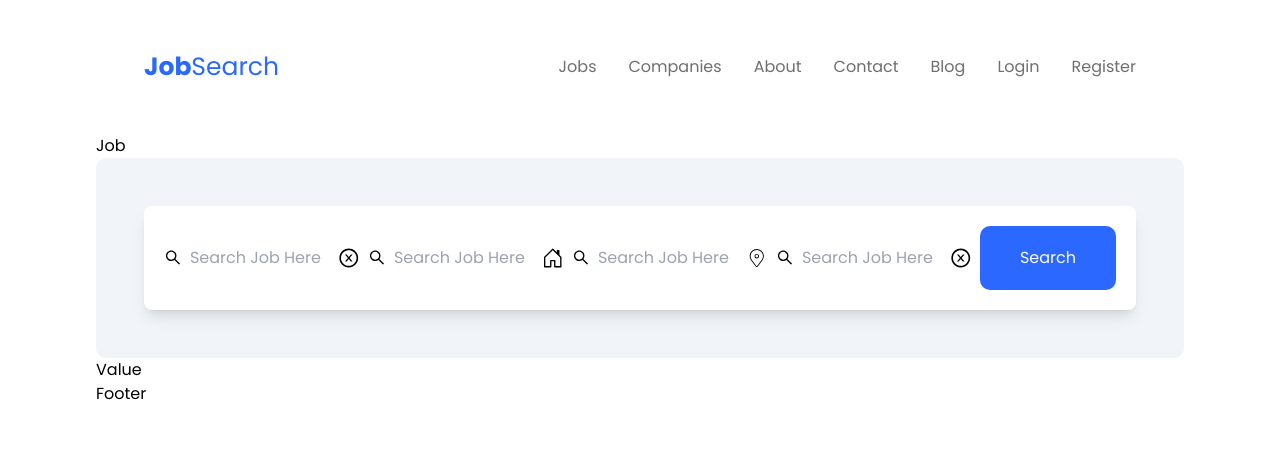
Repository: countaustin1990/Job-Search-website
Page: / (app in vite-project/)
The author's editor kept a copy of each file at every save. The page is drawn from the files as they stood at one save, then again after the next save.
The browser window is 1280 px wide. The pictures show the whole page.
The project was rebuilt for these pictures with package versions that can differ from the ones it lists, and the page was loaded fresh each time. Also part of the build but not shown: vite-project/vite.config.js.

Above is the page before, as saved 2023-08-12 17:38:20.

After the next save:
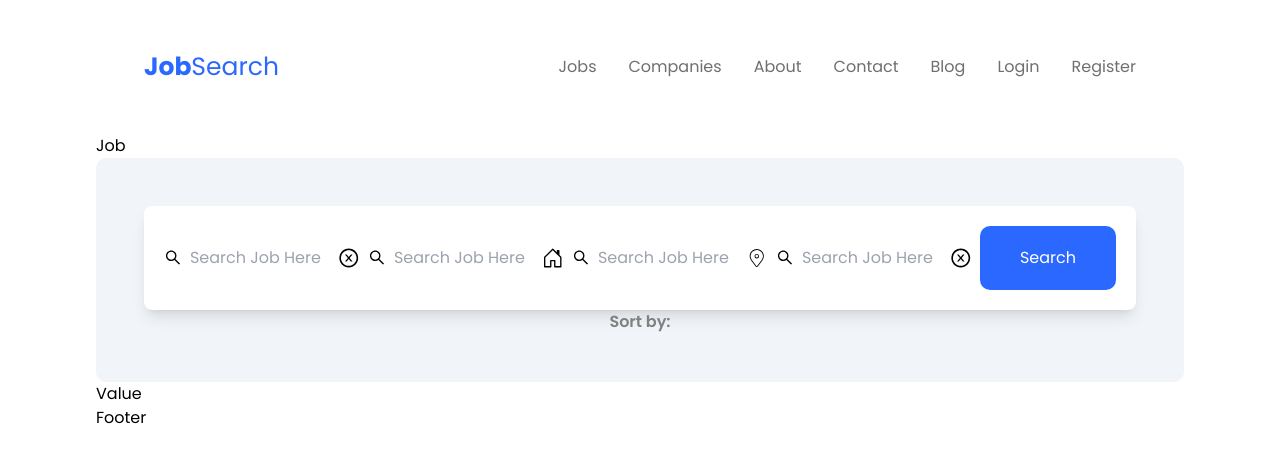
Saved 7 min 17 s later.
--- a/vite-project/src/components/Search.jsx
+++ b/vite-project/src/components/Search.jsx
@@ -40,6 +40,14 @@ const Search = () => {
                     </div>
                 </div>
             </form>
+
+            <div className='secDiv flex items-center gap-10 justify-center'>
+                <div className='singleSearch flex items-center gap-2'>
+                    <label htmlFor='relevance' className='text-[#808080] font-semibold'>
+                        Sort by:
+                    </label>
+                </div>
+            </div>
         </div>
     )
 }
